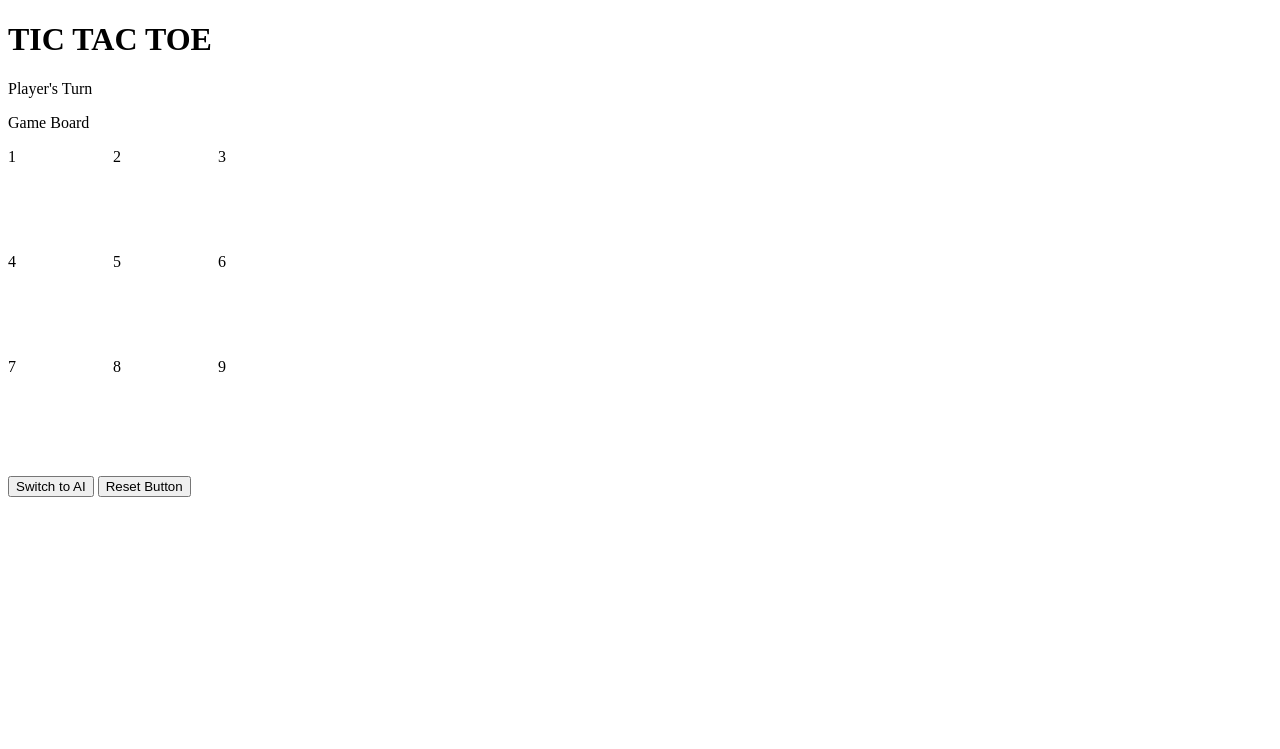
Repository: Yash19075/TicTacToe-game
Page: TicTacToe.html
An editor plug-in stored every save of this project. The page is shown before and after the next save, followed by the edit.
The browser window is 1280 px wide. The pictures show the whole page.

Above is the page before, as saved 2025-03-08 22:42:42.

### TicTacToe.html
<!DOCTYPE html>
<html lang="en">
<head>
    <meta charset="UTF-8">
    <meta name="viewport" content="width=device-width, initial-scale=1.0">
    <title>TicTacToe</title>
    <link rel="stylesheet" href="TicTacToe.css">
</head>
<body>
    <h1>TIC TAC TOE</h1>

    <p>Player's Turn</p>

    <p>Game Board</p>
    <div class="css-board">
        <div class="css-cell">1</div>
        <div class="css-cell">2</div>
        <div class="css-cell">3</div>
        <div class="css-cell">4</div>
        <div class="css-cell">5</div>
        <div class="css-cell">6</div>
        <div class="css-cell">7</div>
        <div class="css-cell">8</div>
        <div class="css-cell">9</div>
    </div>
    <br>
    <button>Switch to AI</button>
    <button>Reset Button</button>
</body>
</html>

### TicTacToe.css
body {
    justify-content: center;
    align-items: center;
    /* display: flex; */
    height: 100vh;
}

.css-board {
    display: grid;
    grid-template-columns: repeat(3, 100px);
    grid-template-rows: repeat(3, 100px);
    gap: 5px;
    /* align-items: center; */
}

.css-board div {

}

After the next save:
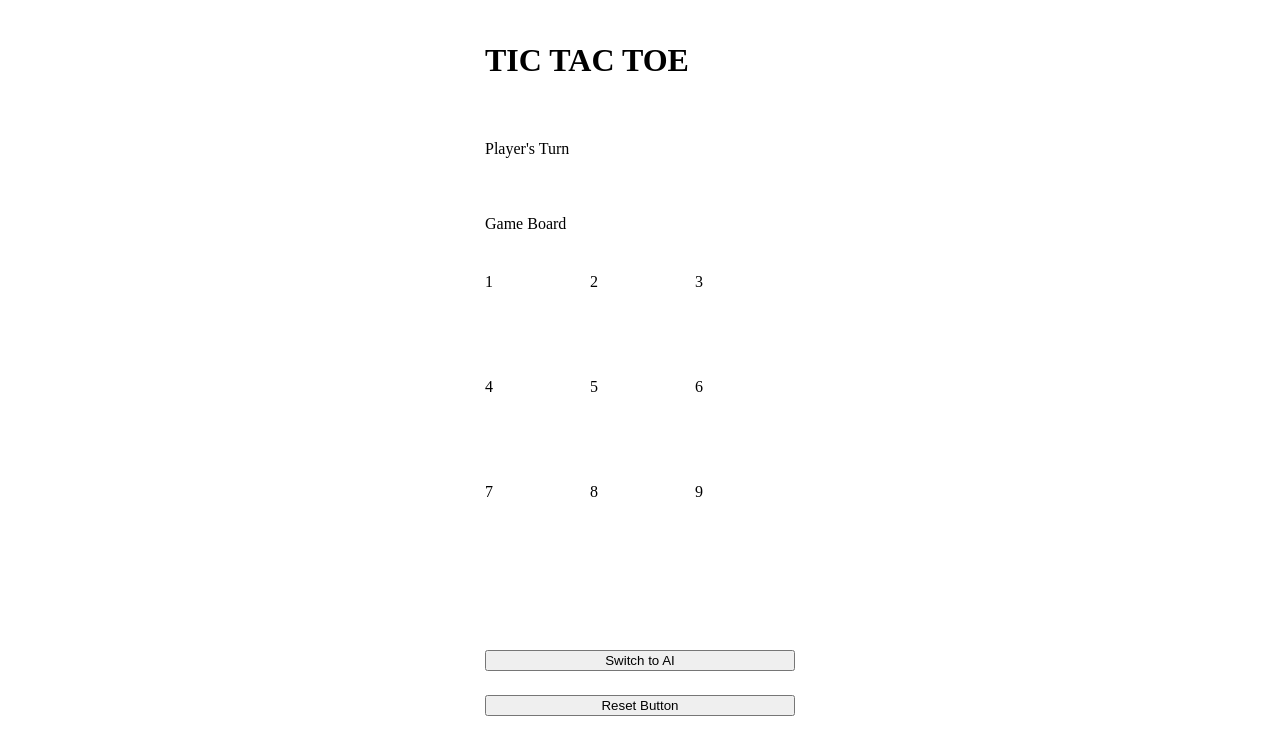
Saved 12 s later.
--- a/TicTacToe.css
+++ b/TicTacToe.css
@@ -1,7 +1,7 @@
 body {
     justify-content: center;
     align-items: center;
-    /* display: flex; */
+    display: grid;
     height: 100vh;
 }
 
